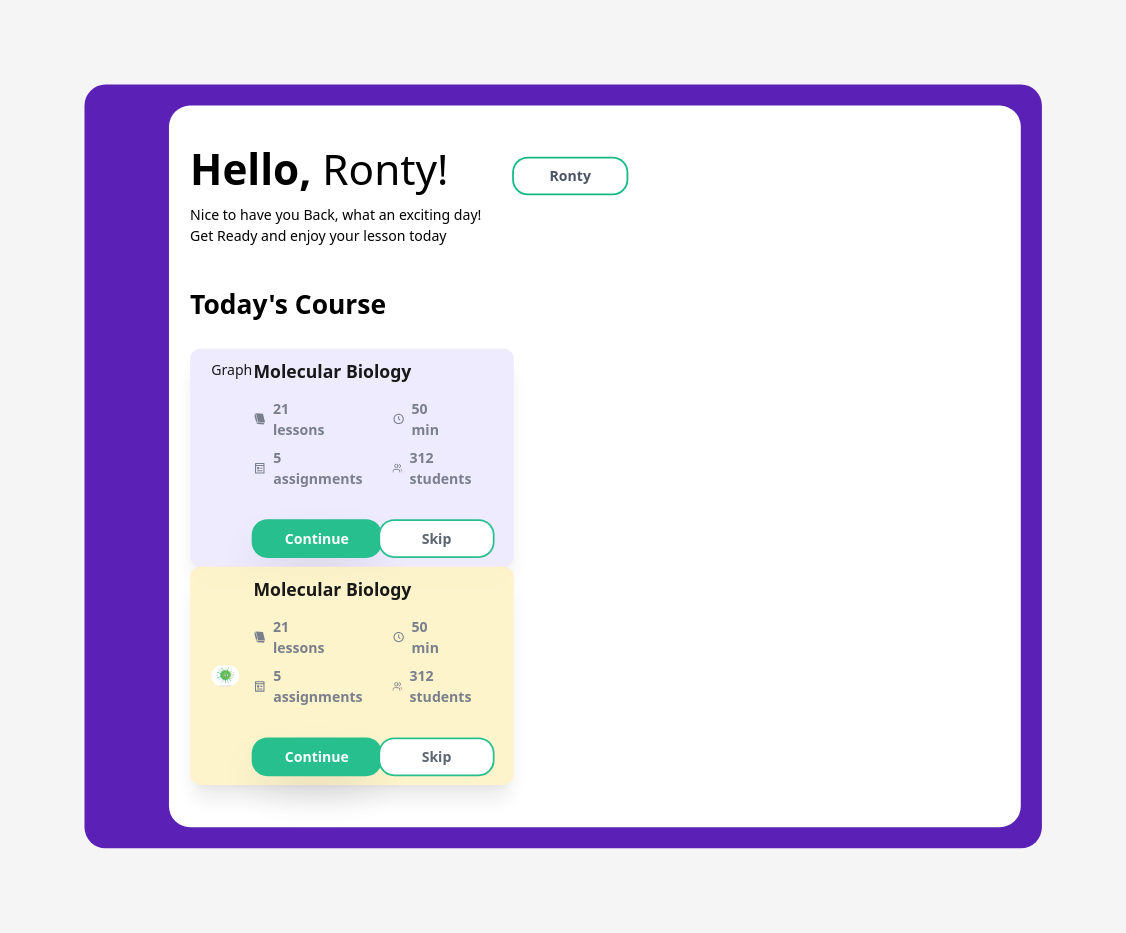
Repository: coolronts/Vite-Tailwind
Page: /
An editor plug-in stored every save of this project. The page is shown before and after the next save, followed by the edit.
The browser window is 1280 px wide. The pictures show the whole page, at 88% of full size.
The project was rebuilt for these pictures with package versions that can differ from the ones it lists, and the page was loaded fresh each time. Also part of the build but not shown: vite.config.js.

Above is the page before, as saved 2021-11-26 14:00:54.

After the next save:
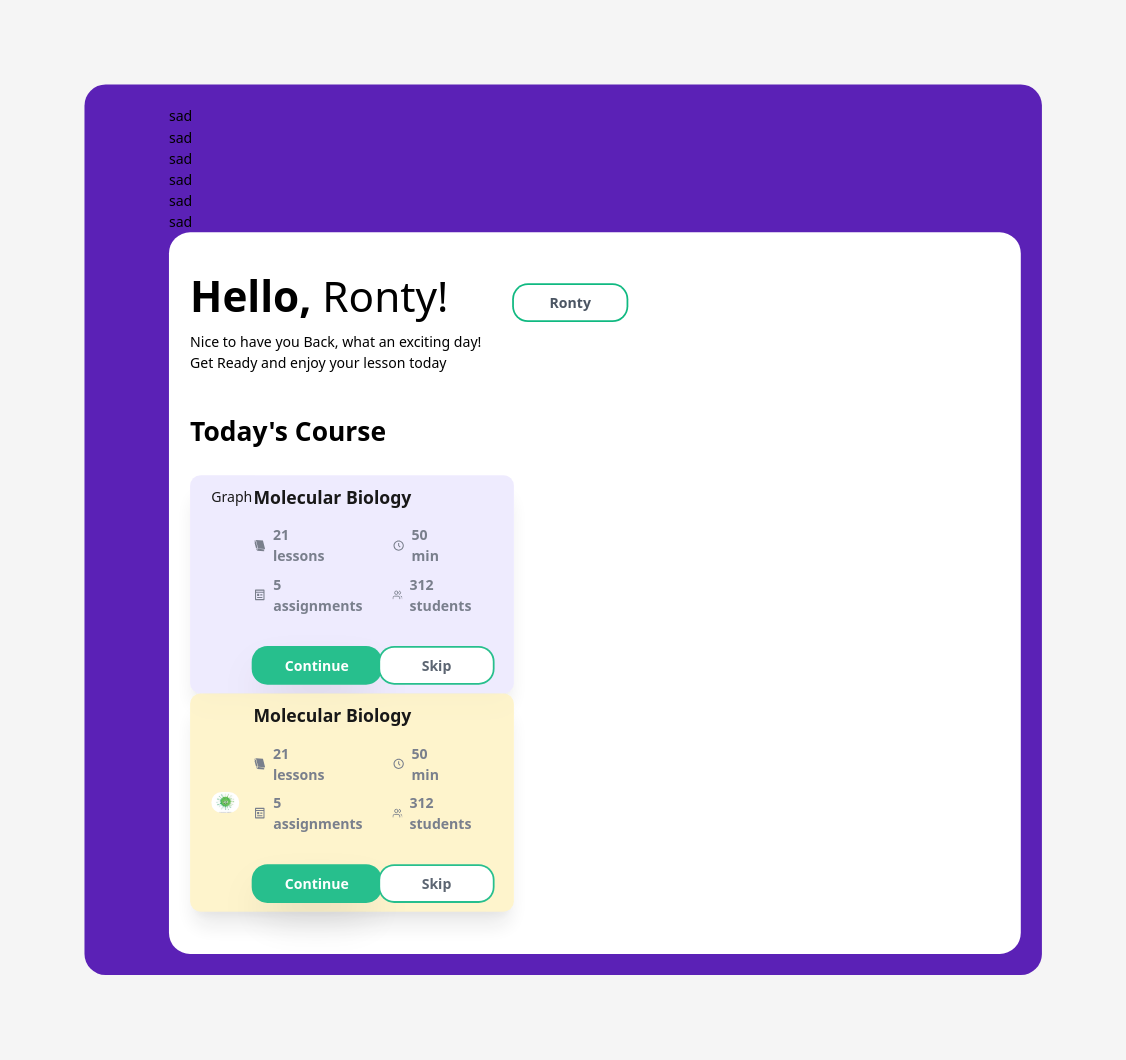
Saved 8 s later.
--- a/src/App.jsx
+++ b/src/App.jsx
@@ -14,7 +14,7 @@ function App() {
 
     <div className="App ">
       <div className="p-6 pl-24 bg-purple-800 m-24 rounded-3xl">
-
+        <Menu />
       <div className="bg-white rounded-3xl px-6 py-12">
       <SplitScreen leftWeight = 'w-2/5'>
         <div id="left">
